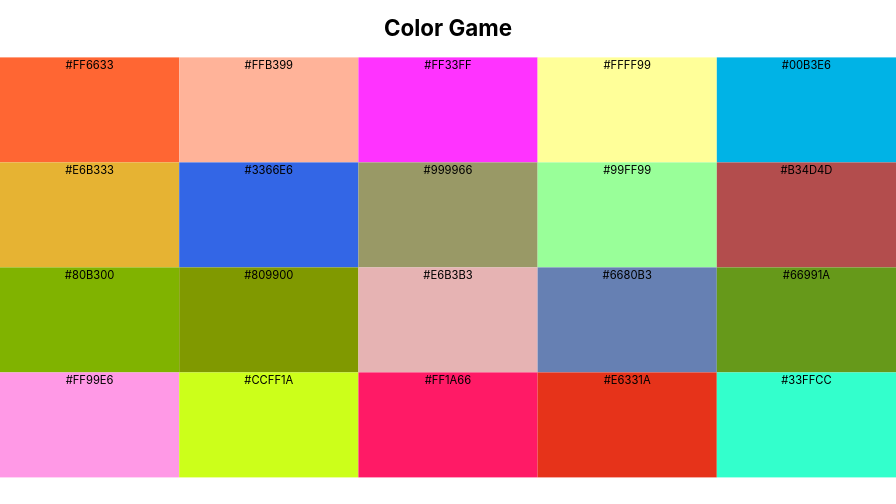
Repository: johnmutina/shades_of_blue
Page: /
The author's editor kept a copy of each file at every save. The page is drawn from the files as they stood at one save, then again after the next save.
The browser window is 1280 px wide. The pictures show the part of the page from y = 0 to 1920 px (the page is 720 px tall before and 3582 px after), at 70% of full size.
The project was rebuilt for these pictures with package versions that can differ from the ones it lists, and the page was loaded fresh each time.

Above is the page before, as saved 2019-06-22 14:29:44.

After the next save:
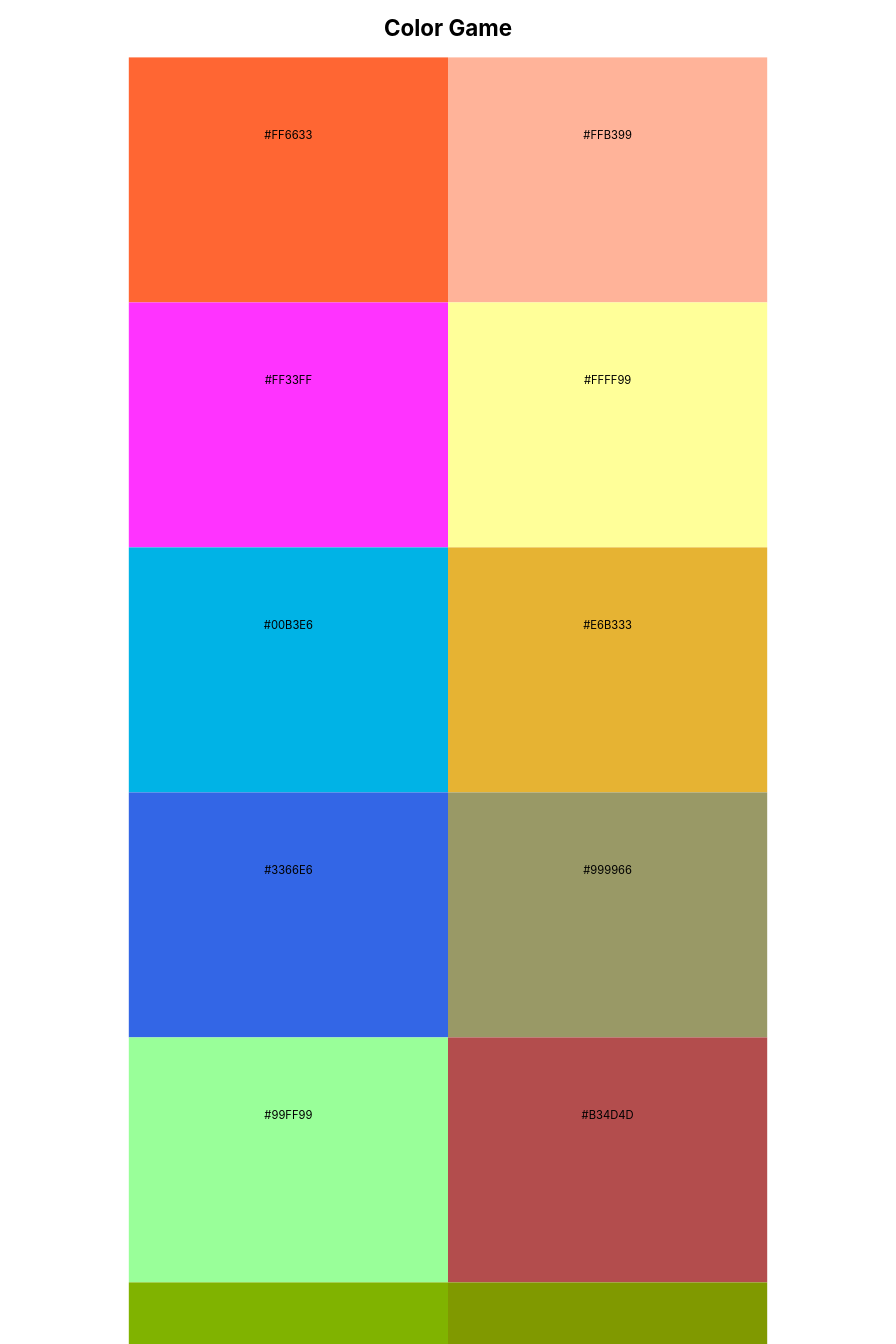
Saved 15 s later.
--- a/src/ColorBox.css
+++ b/src/ColorBox.css
@@ -2,4 +2,5 @@
     display: inline-block;
     width: 20%;
     height: 150px;
+    padding: 100px;
 }
